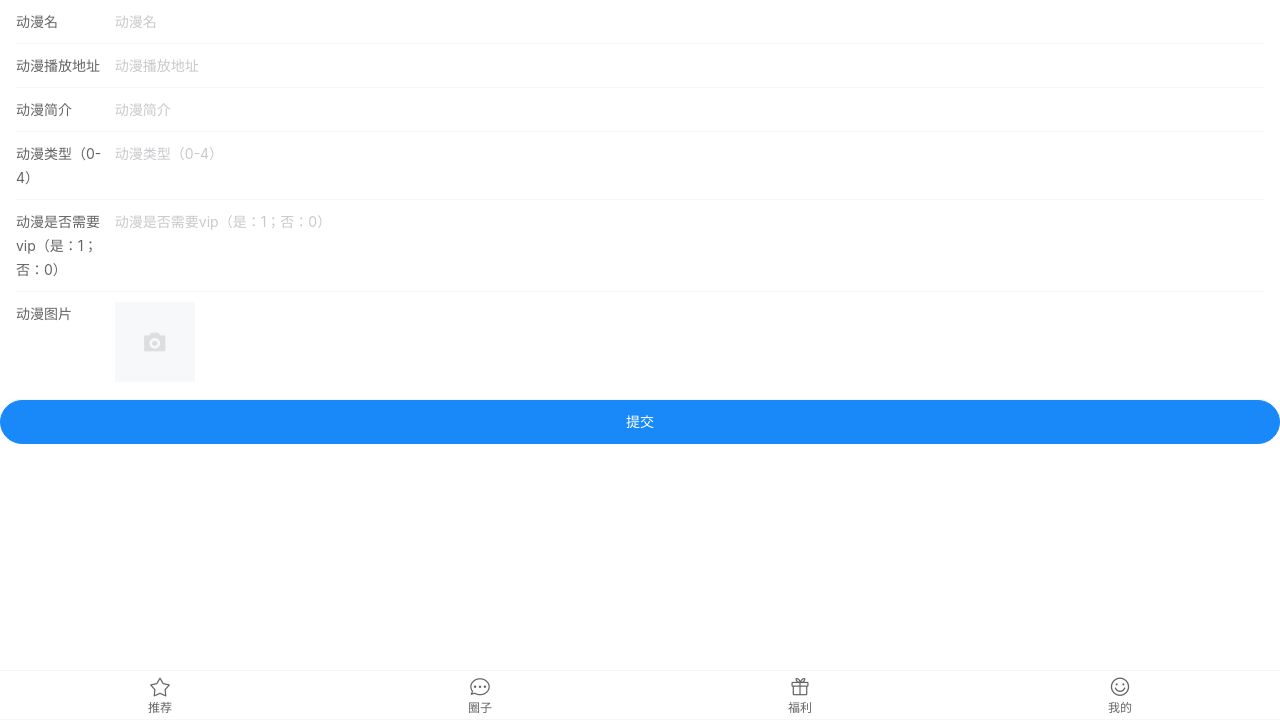
Repository: pbw-langwang/dm
Page: /#/Hdfabu (app in dm_vue/)
An editor plug-in stored every save of this project. The page is shown before and after the next save, followed by the edit.
The browser window is 1280 px wide. The pictures show the whole page.
The project was rebuilt for these pictures with package versions that can differ from the ones it lists, and the page was loaded fresh each time. Also part of the build but not shown: dm_vue/src/components/HelloWorld.vue, dm_vue/src/components/video.vue, dm_vue/src/components/setting.vue, dm_vue/src/components/gift.vue, dm_vue/src/components/Regist.vue, dm_vue/src/components/history.vue, dm_vue/src/components/Search.vue, dm_vue/src/components/SearchList.vue and 9 more.

Above is the page before, as saved 2021-06-23 15:47:42.

### dm_vue/index.html
<!DOCTYPE html>
<html>
  <head>
    <meta charset="utf-8">
    <meta name="viewport" content="width=device-width,initial-scale=1.0">
    <title>toutiao</title>
  </head>
  <body>
    <div id="app"></div>
    <!-- built files will be auto injected -->
  </body>
</html>

### dm_vue/src/main.js
// The Vue build version to load with the `import` command
// (runtime-only or standalone) has been set in webpack.base.conf with an alias.
import Vue from 'vue'
import App from './App'
import router from './router'
import Vant from 'vant'
import 'vant/lib/index.css'
import axios from 'axios'
import VueAxios from 'vue-axios'

Vue.use(VueAxios, axios)
Vue.use(Vant);

axios.defaults.baseURL = 'http://localhost:8080/dm/';
axios.defaults.withCredentials = true;

Vue.config.productionTip = false

Vue.filter("dateFormat", function (dateStr, pattern = "") {
    var dt = new Date(dateStr);
    var y = dt.getFullYear();
    var m = dt.getMonth() + 1;
    var d = dt.getDate();
    if (pattern.toLowerCase() == "yyyy-mm-dd") {
        return `${y}年${m}月${d}日`
    } else {
        var hh = dt.getHours();
        var mm = dt.getMinutes();
        var ss = dt.getSeconds();
        return `${y}年${m}月${d}日 ${hh}:${mm}:${ss}`
    }
})

/* eslint-disable no-new */
new Vue({
    el: '#app',
    router,
    components: { App },
    template: '<App/>'
})

### dm_vue/src/App.vue
<template>
  <div id="app">
    <router-view />

    <van-tabbar v-model="active" route>
      <van-tabbar-item name="home" to="/" icon="star-o">推荐</van-tabbar-item>
      <van-tabbar-item name="search" to="/video" icon="chat-o"
        >圈子</van-tabbar-item
      >
      <van-tabbar-item name="search" to="/gift" icon="point-gift-o"
        >福利</van-tabbar-item
      >
      <van-tabbar-item name="setting" to="/setting" icon="smile-o"
        >我的</van-tabbar-item
      >
    </van-tabbar>
  </div>
</template>

<script>
export default {
  name: "App",
  data() {
    return {
      active: "home",
    };
  },
};
</script>

### dm_vue/src/router/index.js
import Vue from 'vue'
import Router from 'vue-router'
import HelloWorld from '@/components/HelloWorld'
import video from '@/components/video'
import setting from '@/components/setting'
import Gift from '@/components/gift'
import Regist from '@/components/Regist'
import History from "@/components/history"
import Search from "@/components/Search"
import SearchList from "@/components/SearchList"
import Postdetail from "@/components/Postdetail"
import Authord from "@/components/Authord"
import fabu from "@/components/fabu"
import FabuPost from "@/components/FabuPost"
import Yhfabu from "@/components/Yhfabu"
import SearchAct from "@/components/SearchAct"
import SearchListAct from "@/components/SearchListAct"
import Change from "@/components/Change"
import Dmfabu from "@/components/Dmfabu"
import Hdfabu from "@/components/Hdfabu"

Vue.use(Router)

export default new Router({
    routes: [{
            path: '/',
            name: 'HelloWorld',
            component: HelloWorld
        },
        {
            path: '/video',
            name: 'Video',
            component: video
        },
        {
            path: '/setting',
            name: 'setting',
            component: setting
        },
        {
            path: "/gift",
            name: "gift",
            component: Gift
        },
        {
            path: "/Regist",
            name: "Regist",
            component: Regist
        }, {
            path: "/History",
            name: "History",
            component: History
        }, {
            path: "/Search",
            name: "Search",
            component: Search
        }, {
            path: "/SearchList/:value",
            name: "SearchList",
            component: SearchList
        }, {
            path: "/Postdetail/:value",
            name: "Postdetail",
            component: Postdetail
        },
        {
            path: "/Authord/:value",
            name: "Authord",
            component: Authord
        },
        {
            path: "/FabuPost",
            name: "FabuPost",
            component: FabuPost
        },
        {
            path: "/fabu",
            name: "fabu",
            component: fabu
        },
        {
            path: "/Yhfabu",
            name: "Yhfabu",
            component: Yhfabu
        },
        {
            path: "/SearchAct",
            name: "SearchAct",
            component: SearchAct
        },
        {
            path: "/SearchListAct/:value",
            name: "SearchListAct",
            component: SearchListAct
        },
        {
            path: "/Change",
            name: "Change",
            component: Change
        },
        {
            path: "/Dmfabu",
            name: "Dmfabu",
            component: Dmfabu
        },
        {
            path: "/Hdfabu",
            name: "Hdfabu",
            component: Hdfabu
        },
    ]
})

### dm_vue/src/components/Hdfabu.vue
<template>
  <div>
    <div class="userinfo">
      <van-form @submit="onSubmit" class="form1">
        <van-field
          v-model="dm.contentname"
          name="contentname"
          label="动漫名"
          placeholder="动漫名"
          clearable
          @blur="checkName"
          :rules="[{ required: true, message: '请填写动漫名' }]"
        />

        <van-field
          v-model="dm.contenturl"
          name="contenturl"
          label="动漫播放地址"
          placeholder="动漫播放地址"
          :rules="[{required:true,message:'请填写动漫播放地址'}]"
        />

        <van-field
          v-model="dm.contentintroduction"
          name="contentintroduction"
          label="动漫简介"
          placeholder="动漫简介"
          :rules="[{ required: true, message: '请填写动漫简介' }]"
        />

        <van-field
          v-model="dm.contenttype"
          name="contenttype"
          label="动漫类型（0-4）"
          placeholder="动漫类型（0-4）"
          :rules="[{ required: true, message: '请填写动漫类型（0-4）' }]"
        />

        <van-field
          v-model="dm.contentvip"
          name="contentvip"
          label="动漫是否需要vip（是：1；否：0）"
          placeholder="动漫是否需要vip（是：1；否：0）"
          :rules="[{ required: true, message: '请填写动漫是否需要vip（是：1；否：0）' }]"
        />

        <van-field name="uploader" label="动漫图片">
          <template #input>
            <van-uploader v-model="uploader" :max-count="1" :before-read="beforeRead"/>
          </template>
        </van-field>

        <div class="btn">
          <van-button round block type="info" native-type="submit">提交</van-button>
        </div>
      </van-form>
    </div>
  </div>
</template>

<script>
import Vue from 'vue';
import { Toast } from 'vant';
Vue.use(Toast);
Toast.setDefaultOptions({ duration: 2000 });

export default {
  name:"Hdfabu",
  data(){
    return{
      dm:{},
      uploader:[],
      picIp:"http://localhost:8080/pic/",
    }
  },
  methods:{
    onSubmit(){
      if(this.uploader.length == 0){
        Toast("请上传图片!");
        return;
      }

      const form1 = document.querySelector(".form1");
      let formData=new FormData(form1);

      formData.append("imgFile",this.uploader[0].file);

      this.axios.post("contentmessage/fabu",formData,{'Content-Type':'multipart/form-data'}).then((response) => {
        if(response.data=="ok"){
          Toast("发布成功!");
          this.$router.push("setting");
        }else{
          Toast("发布失败");
        }
      })
    },
  }
}
</script>
<style scoped>
.btn{
  margin-bottom: 70px;
}
</style>

After the next save:
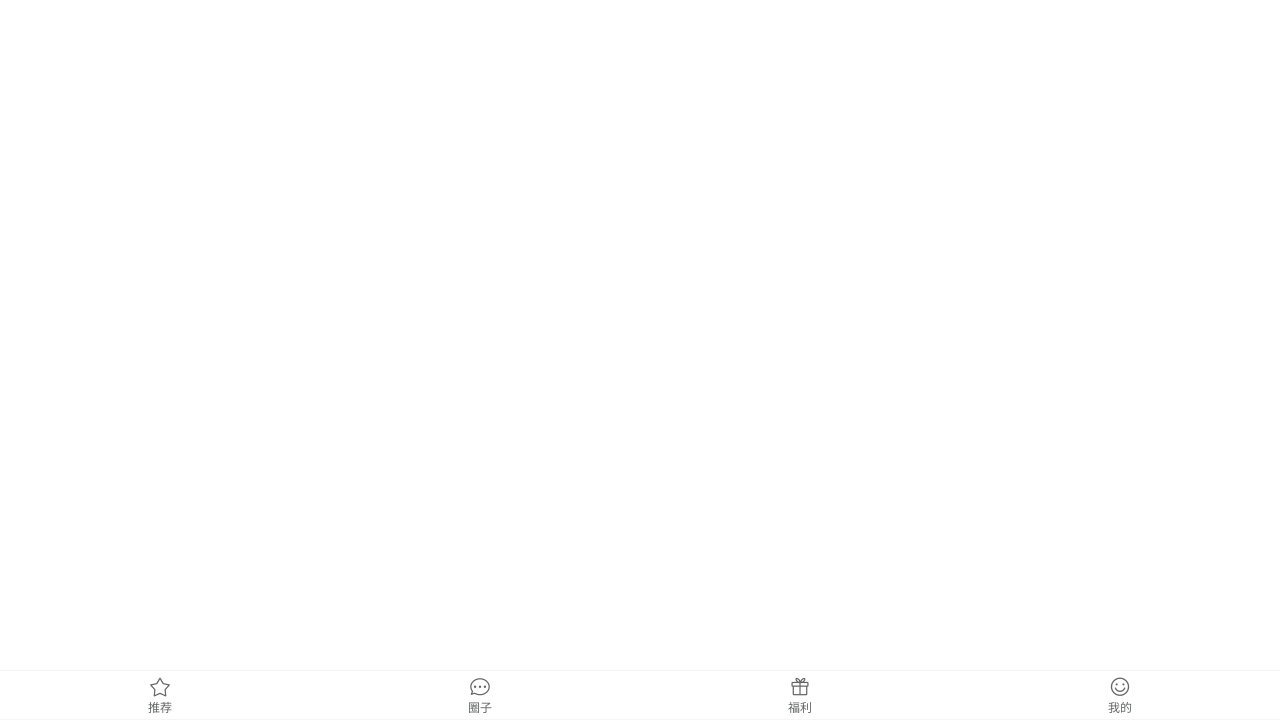
Saved 68 s later.
--- a/dm_vue/src/components/Hdfabu.vue
+++ b/dm_vue/src/components/Hdfabu.vue
@@ -3,8 +3,8 @@
     <div class="userinfo">
       <van-form @submit="onSubmit" class="form1">
         <van-field
-          v-model="dm.contentname"
-          name="contentname"
+          v-model="hd.actname"
+          name="actname"
           label="动漫名"
           placeholder="动漫名"
           clearable
@@ -68,7 +68,7 @@
   name:"Hdfabu",
   data(){
     return{
-      dm:{},
+      hd:{},
       uploader:[],
       picIp:"http://localhost:8080/pic/",
     }

After the 5 saves that followed:
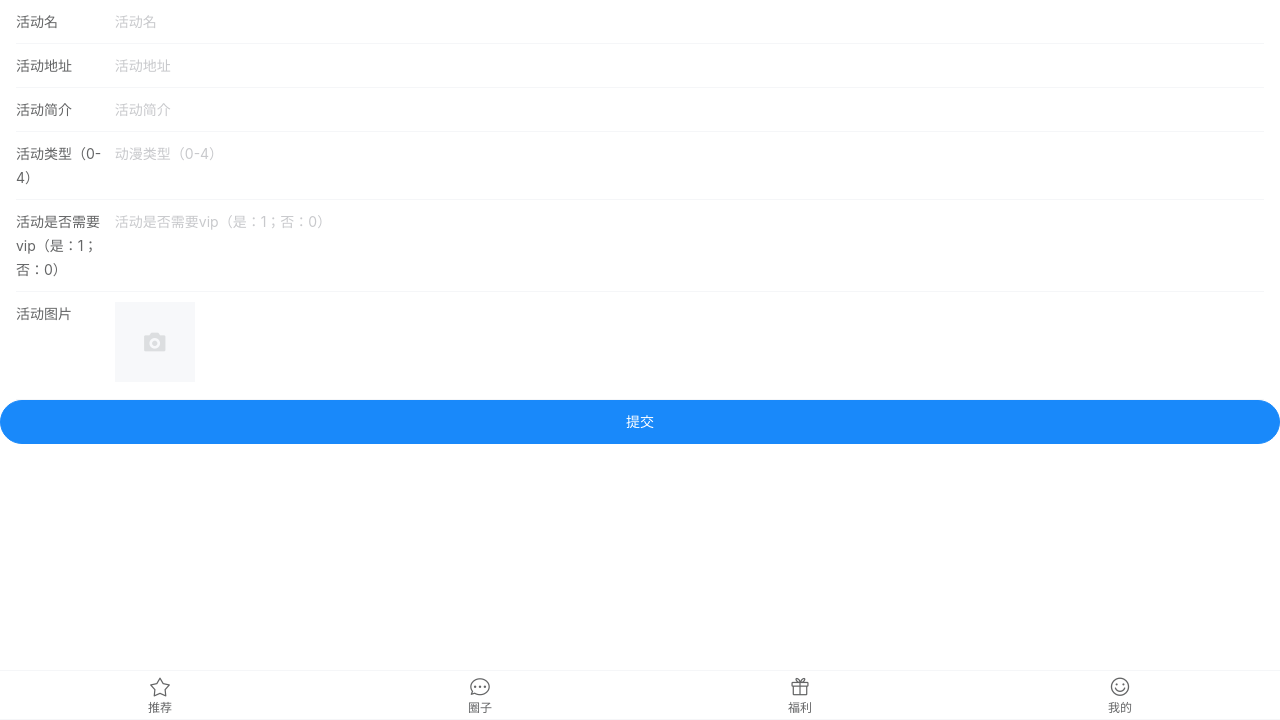
The 5 saves are shown as one change because 4 left the picture as it was.
The last was saved 4 min 48 s later.
--- a/dm_vue/src/components/Hdfabu.vue
+++ b/dm_vue/src/components/Hdfabu.vue
@@ -5,46 +5,46 @@
         <van-field
           v-model="hd.actname"
           name="actname"
-          label="动漫名"
-          placeholder="动漫名"
+          label="活动名"
+          placeholder="活动名"
           clearable
           @blur="checkName"
-          :rules="[{ required: true, message: '请填写动漫名' }]"
+          :rules="[{ required: true, message: '请填写活动名' }]"
         />
 
         <van-field
-          v-model="dm.contenturl"
-          name="contenturl"
-          label="动漫播放地址"
-          placeholder="动漫播放地址"
-          :rules="[{required:true,message:'请填写动漫播放地址'}]"
+          v-model="hd.acturl"
+          name="acturl"
+          label="活动地址"
+          placeholder="活动地址"
+          :rules="[{required:true,message:'请填写活动地址'}]"
         />
 
         <van-field
-          v-model="dm.contentintroduction"
-          name="contentintroduction"
-          label="动漫简介"
-          placeholder="动漫简介"
-          :rules="[{ required: true, message: '请填写动漫简介' }]"
+          v-model="hd.actintroduction"
+          name="actintroduction"
+          label="活动简介"
+          placeholder="活动简介"
+          :rules="[{ required: true, message: '请填写活动简介' }]"
         />
 
         <van-field
-          v-model="dm.contenttype"
-          name="contenttype"
-          label="动漫类型（0-4）"
+          v-model="hd.type"
+          name="type"
+          label="活动类型（0-4）"
           placeholder="动漫类型（0-4）"
           :rules="[{ required: true, message: '请填写动漫类型（0-4）' }]"
         />
 
         <van-field
-          v-model="dm.contentvip"
-          name="contentvip"
-          label="动漫是否需要vip（是：1；否：0）"
-          placeholder="动漫是否需要vip（是：1；否：0）"
-          :rules="[{ required: true, message: '请填写动漫是否需要vip（是：1；否：0）' }]"
+          v-model="hd.actvip"
+          name="actvip"
+          label="活动是否需要vip（是：1；否：0）"
+          placeholder="活动是否需要vip（是：1；否：0）"
+          :rules="[{ required: true, message: '请填写活动是否需要vip（是：1；否：0）' }]"
         />
 
-        <van-field name="uploader" label="动漫图片">
+        <van-field name="uploader" label="活动图片">
           <template #input>
             <van-uploader v-model="uploader" :max-count="1" :before-read="beforeRead"/>
           </template>
